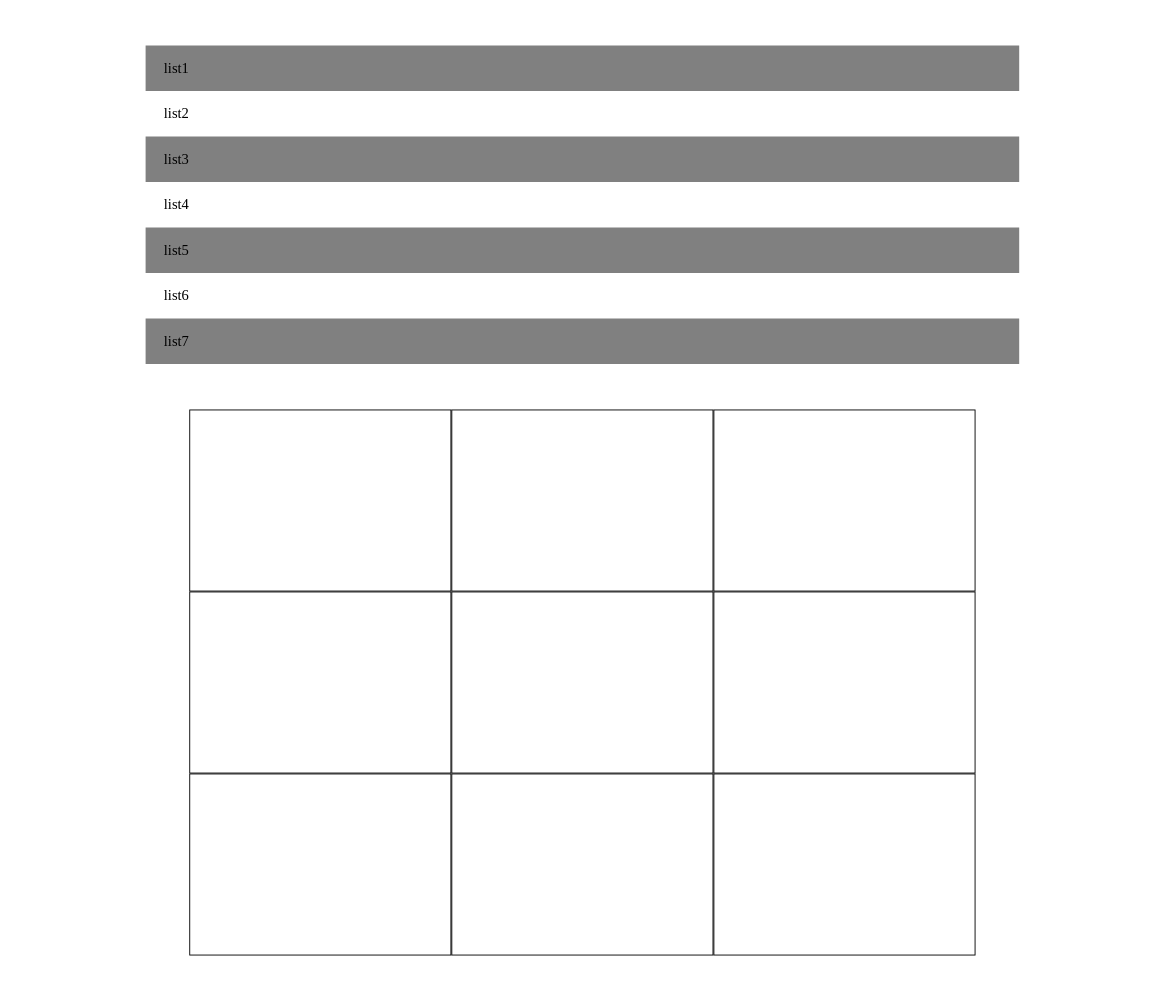
Repository: yukito7878/HTML-CSS-practice
Page: caravan/index8-practice.html
The author's editor kept a record of every edit. The page is drawn from the files as they stood at one moment, then again after the next edit.
The browser window is 1280 px wide. The pictures show the whole page, at 91% of full size.

Above is the page before.

### caravan/index8-practice.html
<!DOCTYPE html>
<html lang="ja">
  <head>
    <meta charset="UTF-8" />
    <!-- CSSファイルの読み込み -->
    <link rel="stylesheet" href="style8-practice.css" />
    <title>CARAVAN</title>
  </head>

  <body>

    <main class="big-block">
      <div class="list-block">
        <div class="list">list1</div>
        <div class="list">list2</div>
        <div class="list">list3</div>
        <div class="list">list4</div>
        <div class="list">list5</div>
        <div class="list">list6</div>
        <div class="list">list7</div>
      </div>
      <div class="big-color-block">
        <div class="color-blocks">
          <div class="a-color-block"></div>
          <div class="a-color-block"></div>
          <div class="a-color-block"></div>
        </div>
        <div class="color-blocks">
          <div class="a-color-block"></div>
          <div class="a-color-block"></div>
          <div class="a-color-block"></div>
        </div>
        <div class="color-blocks">
          <div class="a-color-block"></div>
          <div class="a-color-block"></div>
          <div class="a-color-block"></div>
        </div>

      </div>
    </main>

  </body>
</html>

### caravan/style8-practice.css
*{
  margin: 0;
  padding: 0;
  box-sizing: border-box;
}

.big-block{
  display: flex;
  flex-direction: column;
  width: 960px;
  margin: 50px auto;
}

.list-block{
  display: flex;
  flex-direction: column;
}

.list{
  height: 50px;
  width: 100%;
  display: flex;
  align-items: center;
  padding: 20px 20px;
}

.list:nth-child(odd){
  background-color: gray;
}

.big-color-block{
  margin-top: 50px;
}
.color-blocks{
  width: 960px;
  display: flex;
  justify-content: center;
}

.a-color-block{
  height: 200px;
  width: 30%;
  border: 1px solid black;
}

After the next edit:
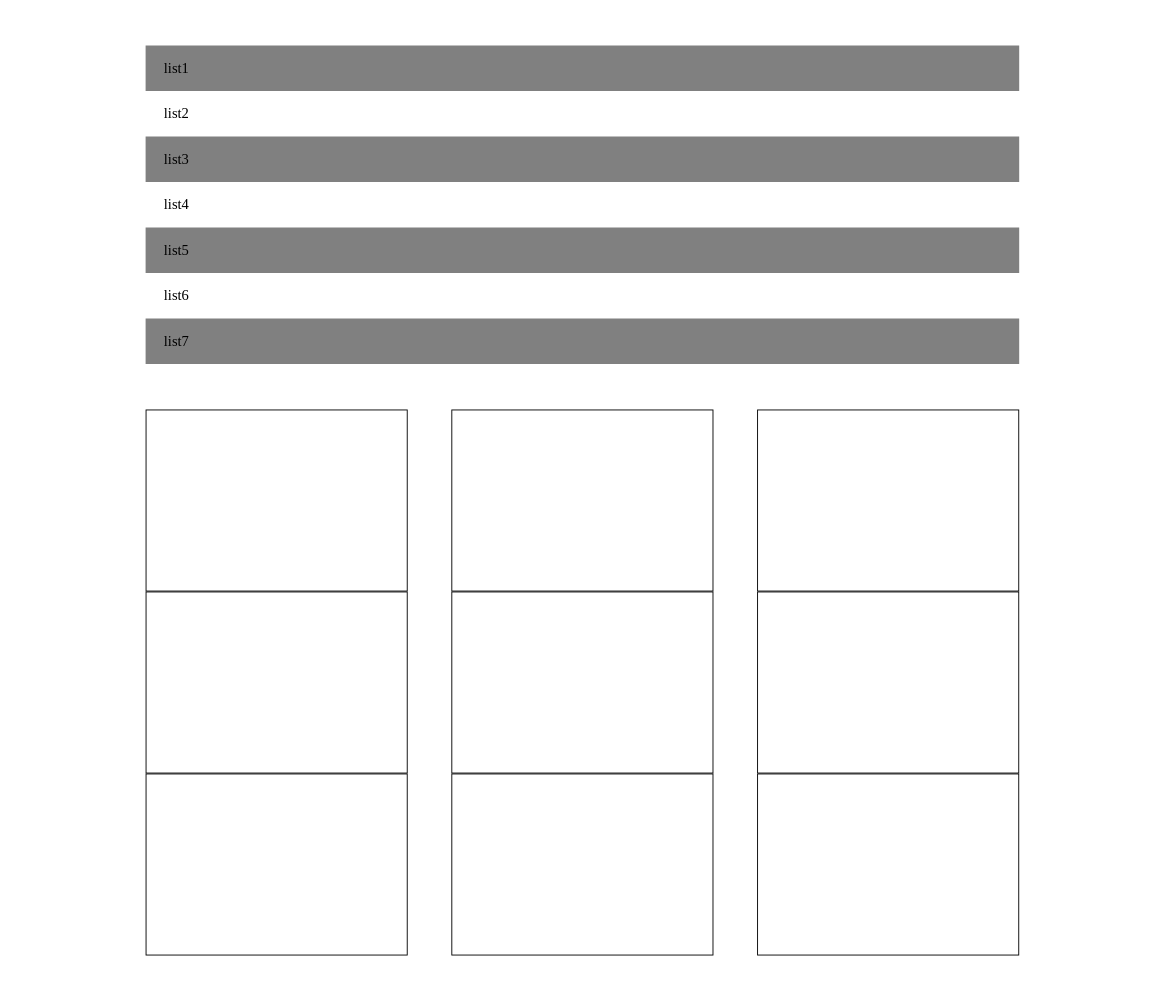
The edit:
--- a/caravan/style8-practice.css
+++ b/caravan/style8-practice.css
@@ -42,3 +42,11 @@
   width: 30%;
   border: 1px solid black;
 }
+
+.a-color-block:nth-child(1){
+  margin-right: 5%;
+}
+
+.a-color-block:nth-child(3){
+  margin-left: 5%;
+}
